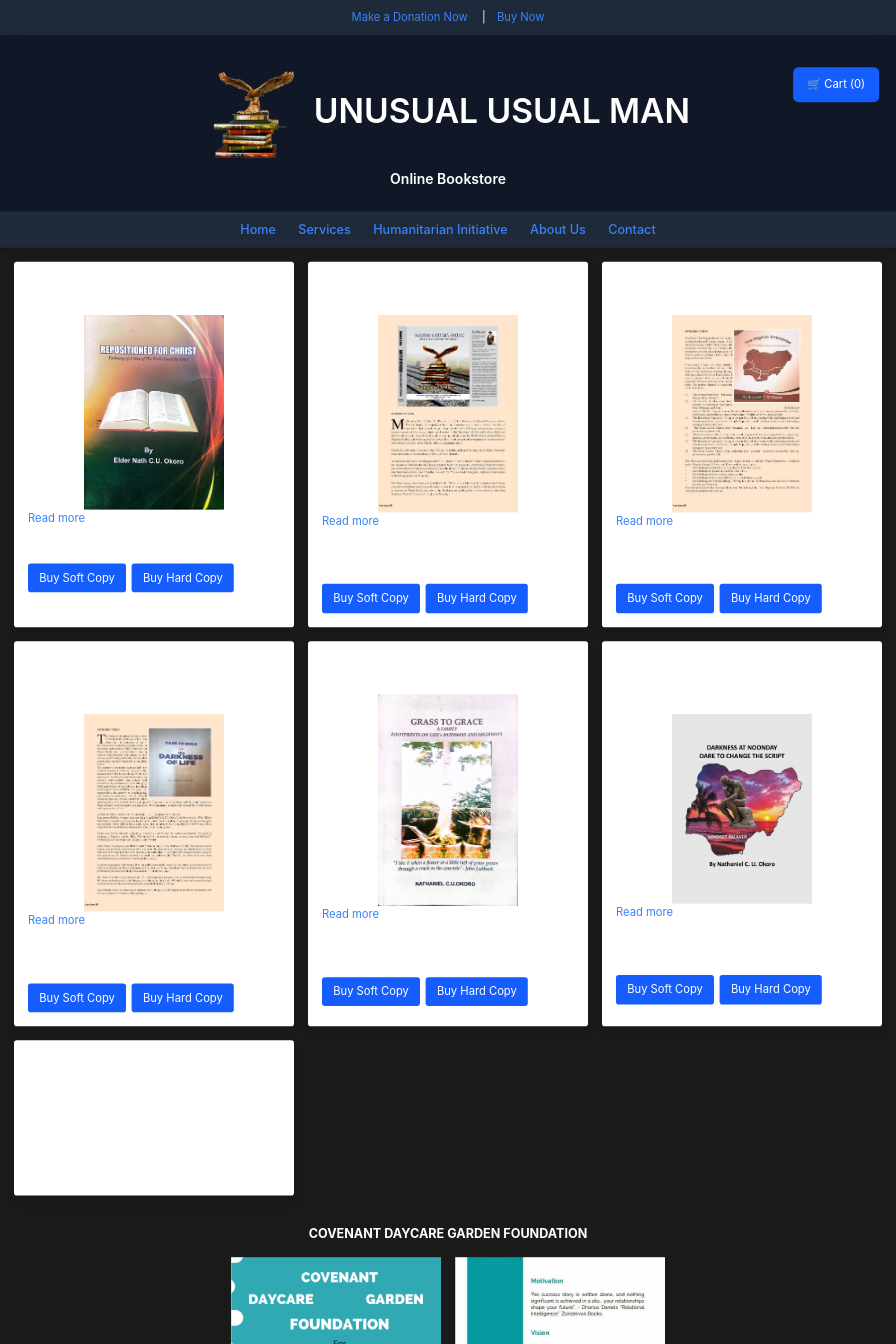
Repository: Rickyy1017/online-bookstore
Page: / (app in frontend/)
These files come from the project's save history. The page is drawn as it stood at one moment and after the next save; the edit follows.
The browser window is 1280 px wide. The pictures show the part of the page from y = 0 to 1920 px (the page is 2891 px tall before and 2865 px after), at 70% of full size.
The project was rebuilt for these pictures with package versions that can differ from the ones it lists, and the page was loaded fresh each time. The framework's server and built-in components were replaced by stand-ins that run in the browser. Also part of the build but not shown: frontend/next.config.ts.

Above is the page before, as saved 2025-10-09 23:01:19.

After the next save:
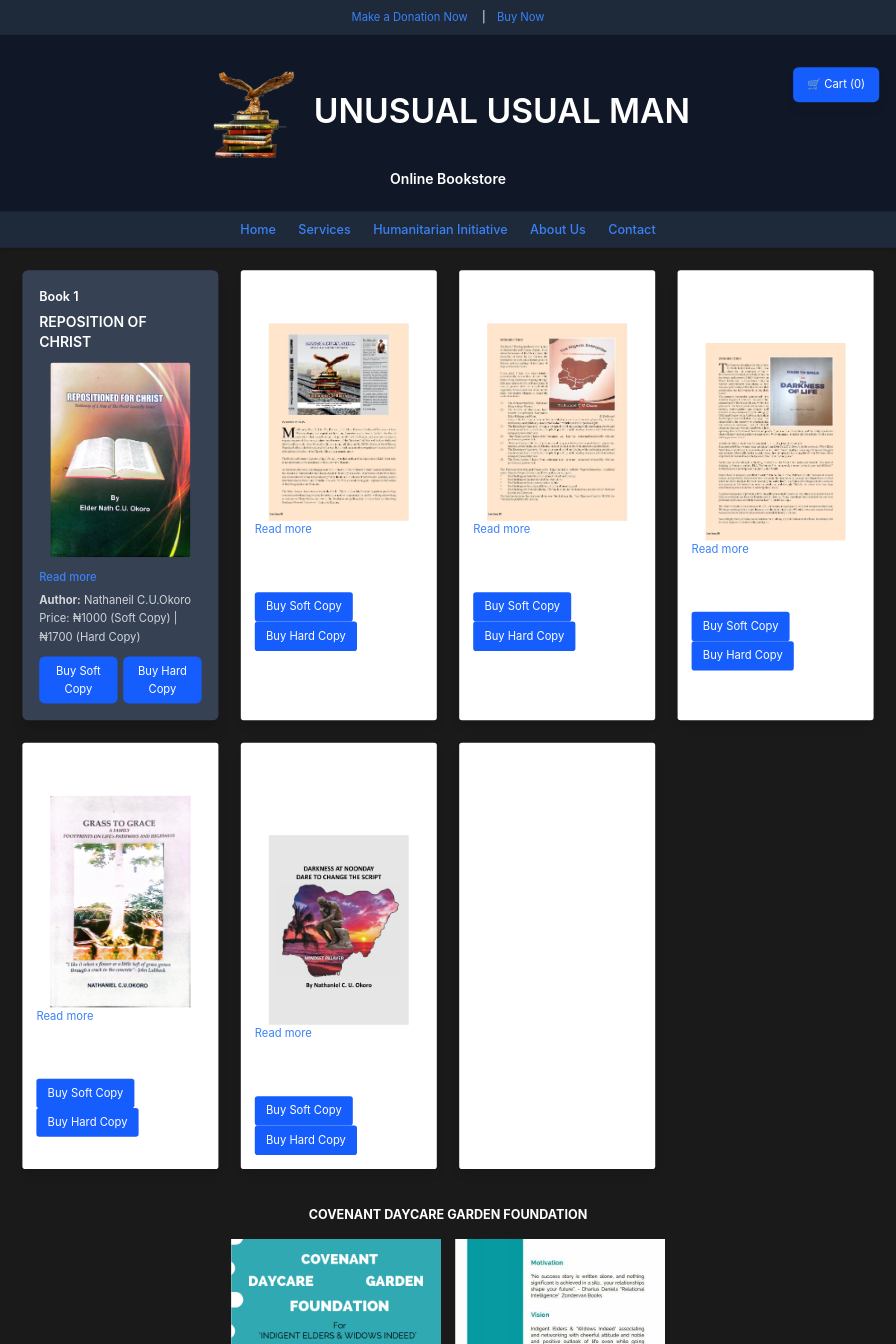
Saved 11 s later.
--- a/frontend/app/page.tsx
+++ b/frontend/app/page.tsx
@@ -64,16 +64,18 @@ export default function Page() {
         🛒 Cart ({cart.length})
       </button>
 
-      <section className="grid grid-cols-1 md:grid-cols-2 lg:grid-cols-3 gap-5 p-5">
-        <div className="bg-white shadow-lg rounded p-5">
-          <h2 className="text-xl font-bold">Book 1</h2>
-          <h3 className="text-lg">REPOSITION OF CHRIST</h3>
-          <Image src="/images/rep.jpg" alt="REPOSITION OF CHRIST" width={200} height={300} className="mx-auto" />
-          <Link href="/reposition" className="text-blue-600 hover:underline">Read more</Link>
-          <p><b>Author:</b> Nathaneil C.U.Okoro</p>
-          <p>Price: ₦1000 (Soft Copy) | ₦1700 (Hard Copy)</p>
-          <button onClick={() => addToCart('REPOSITION OF CHRIST', 1000, 'Soft Copy')} className="bg-blue-600 text-white px-4 py-2 rounded mr-2 hover:bg-blue-700">Buy Soft Copy</button>
-          <button onClick={() => addToCart('REPOSITION OF CHRIST', 1700, 'Hard Copy')} className="bg-blue-600 text-white px-4 py-2 rounded hover:bg-blue-700">Buy Hard Copy</button>
+      <section className="container mx-auto grid grid-cols-1 md:grid-cols-2 lg:grid-cols-3 xl:grid-cols-4 gap-8 p-8">
+        <div className="bg-gray-700 shadow-xl rounded-lg p-6 hover:shadow-2xl transition-shadow transform hover:scale-105">
+          <h2 className="text-lg font-semibold text-gray-300 mb-2">Book 1</h2>
+          <h3 className="text-xl font-bold text-white mb-4">REPOSITION OF CHRIST</h3>
+          <Image src="/images/rep.jpg" alt="REPOSITION OF CHRIST" width={200} height={300} className="mx-auto mb-4 rounded" />
+          <Link href="/reposition" className="text-blue-400 hover:text-blue-300 font-medium">Read more</Link>
+          <p className="text-gray-300 mt-2"><b>Author:</b> Nathaneil C.U.Okoro</p>
+          <p className="text-gray-300 mb-4">Price: ₦1000 (Soft Copy) | ₦1700 (Hard Copy)</p>
+          <div className="flex gap-2">
+            <button onClick={() => addToCart('REPOSITION OF CHRIST', 1000, 'Soft Copy')} className="bg-blue-600 text-white px-4 py-2 rounded-lg hover:bg-blue-700 flex-1">Buy Soft Copy</button>
+            <button onClick={() => addToCart('REPOSITION OF CHRIST', 1700, 'Hard Copy')} className="bg-blue-600 text-white px-4 py-2 rounded-lg hover:bg-blue-700 flex-1">Buy Hard Copy</button>
+          </div>
         </div>
 
         <div className="bg-white shadow-lg rounded p-5">
